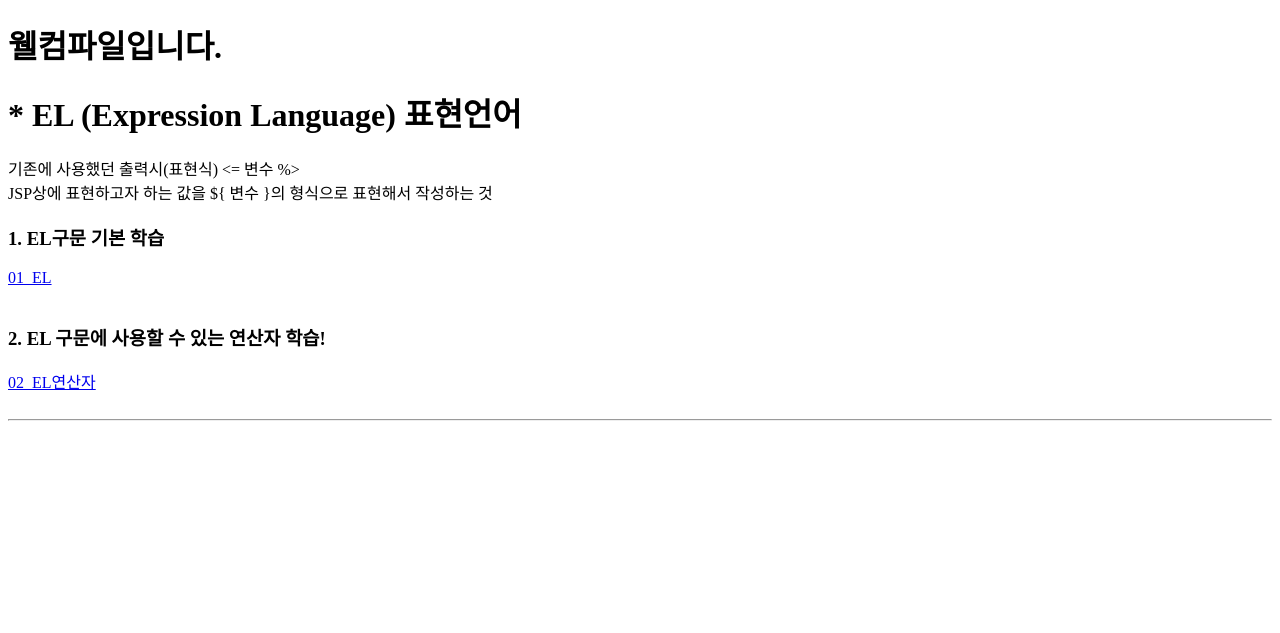
Repository: judeyong/myWebWorkSpace2
Page: http://localhost/Action_Project/
These files come from the project's save history. The page is drawn as it stood at one moment and after the next save; the edit follows.
The browser window is 1280 px wide. The pictures show the whole page.
The page is served by Tomcat 9. Other server files are loaded and not shown.

Above is the page before, as saved 2024-04-03 03:08:26.

### Action_Project/WebContent/index.jsp
<%@ page language="java" contentType="text/html; charset=UTF-8"
    pageEncoding="UTF-8"%>
<!DOCTYPE html>
<html>
<head>
<meta charset="UTF-8">
<title>Insert title here</title>
</head>
<body>
	<h1>웰컴파일입니다.</h1>

	<h1>* EL (Expression Language) 표현언어</h1>

	<p>
		기존에 사용했던 출력시(표현식) &lt;= 변수 %&gt; <br>
		JSP상에 표현하고자 하는 값을 \${ 변수 }의 형식으로 표현해서 작성하는 것
	</p>

	<h3>1. EL구문 기본 학습</h3>
	<a href="/action/el.do">01_EL</a>
	<br><br>

	<h3>2. EL 구문에 사용할 수 있는 연산자 학습!</h3>

	<a href="/action/operation.do">02_EL연산자</a>
	<br><br>

	<hr>

	<!--

		* jsp를 이루는 구성요소

		1. jsp스크립팅요소(스크립틀릿, 표현식, 선언문) : jsp페이지 안에서 자바코드를 직접 기술할 수 있도록 해주는 요소
		2. 지시어 : jsp페이지 정보에 대한 내용을 표현한다거나 (page지시어)
				   또 다른 페이지를 포함할 때 사용(include)
				 -- taglib지시어(라이브러리 추가시 사용 가능)
		3. JSP 액션 태그 : XML기술을 이용하여 기존의 JSP문법을 확장하는 기술을 제공하는 태그
		 			   - 표준 액션 태그(Standard Action Tag)
		 			   : JSP페이지 내에 바로 사용 가능한 태그(별도의 연동이 필요없음, taglib지시어를 사용하지 않음)
		 			   [ 표현법 ]
		 			   &lt;jsp:태그명&gt; &lt;/jsp:태그명&gt;
		 			   => 모든 태그명 앞에 jsp: 이라는 접두어가 붙음
	 -->



























</body>
</html>

After the next save:
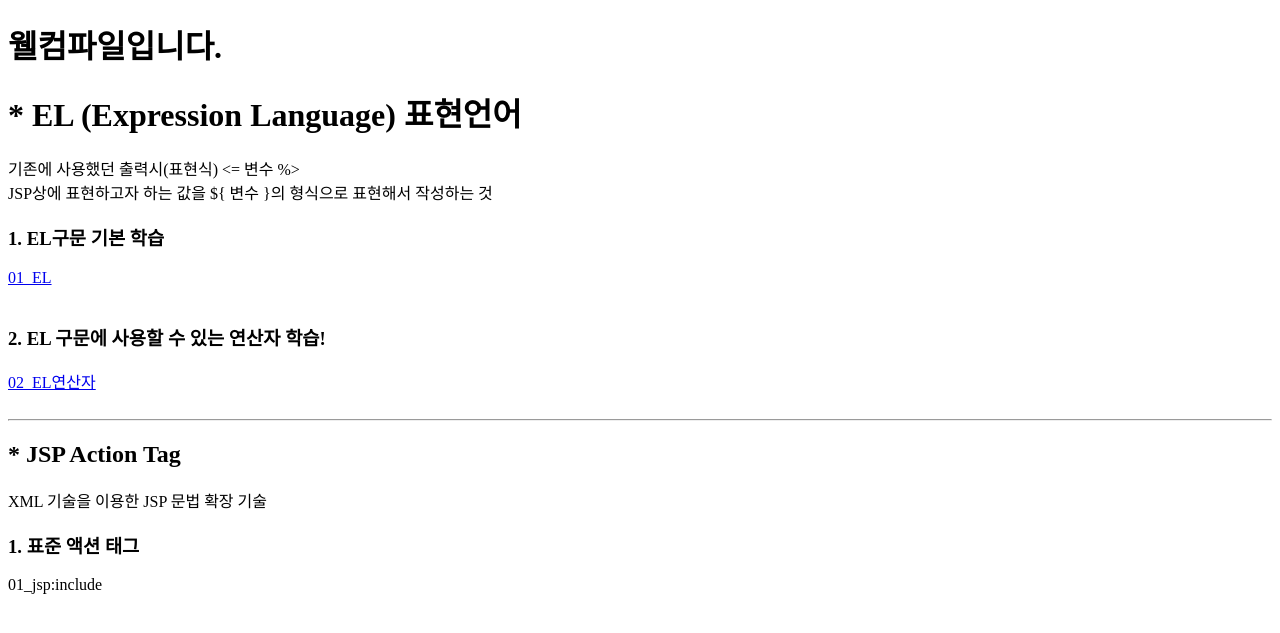
Saved 59 s later.
--- a/Action_Project/WebContent/index.jsp
+++ b/Action_Project/WebContent/index.jsp
@@ -43,9 +43,14 @@
 		 			   => 모든 태그명 앞에 jsp: 이라는 접두어가 붙음
 	 -->
 
+	<h2>* JSP Action Tag</h2>
 
+	<p>
+		XML 기술을 이용한 JSP 문법 확장 기술
+	</p>
+	<h3>1. 표준 액션 태그</h3>
 
-
+	<a>01_jsp:include</a>
 
 
 
